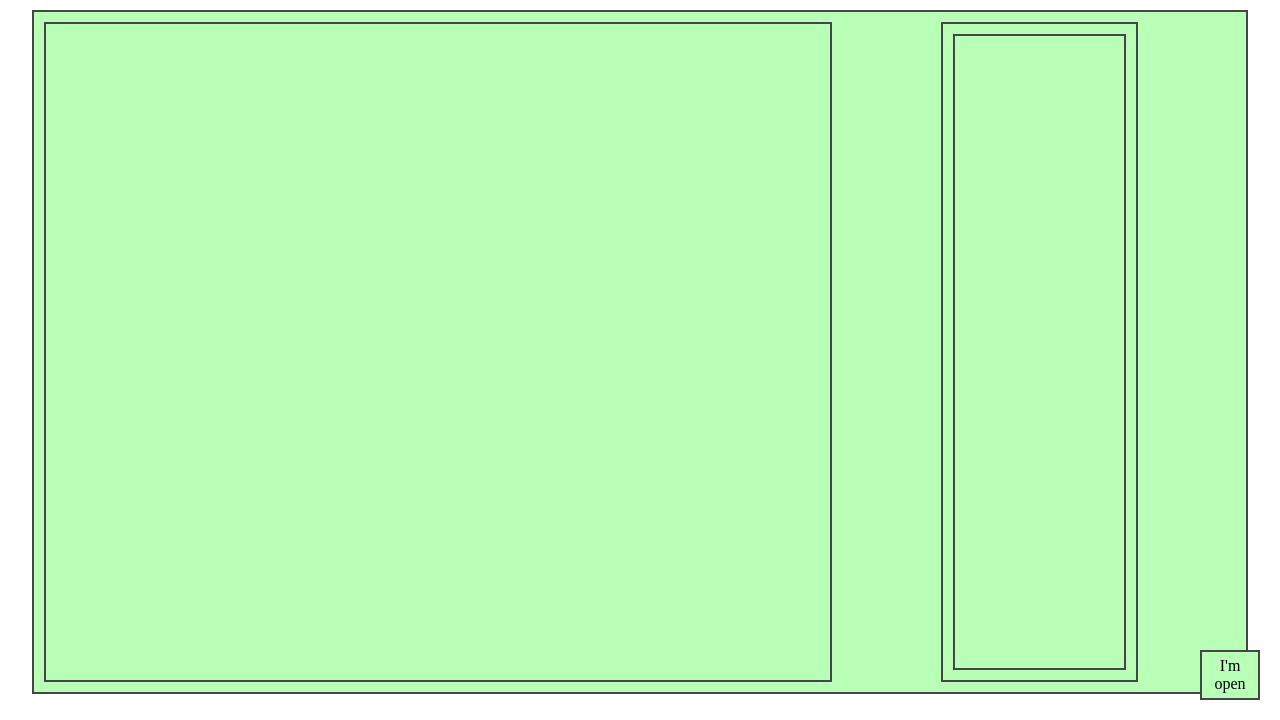
Repository: tannerbroberts/tannerbroberts.github.io
Page: /
These files come from the project's save history. The page is drawn as it stood at one moment and after the next save; the edit follows.
The browser window is 1280 px wide. The pictures show the whole page.
The project was rebuilt for these pictures with package versions that can differ from the ones it lists, and the page was loaded fresh each time. Also part of the build but not shown: vite.config.ts.

Above is the page before, as saved 2022-10-04 10:04:23.

After the next save:
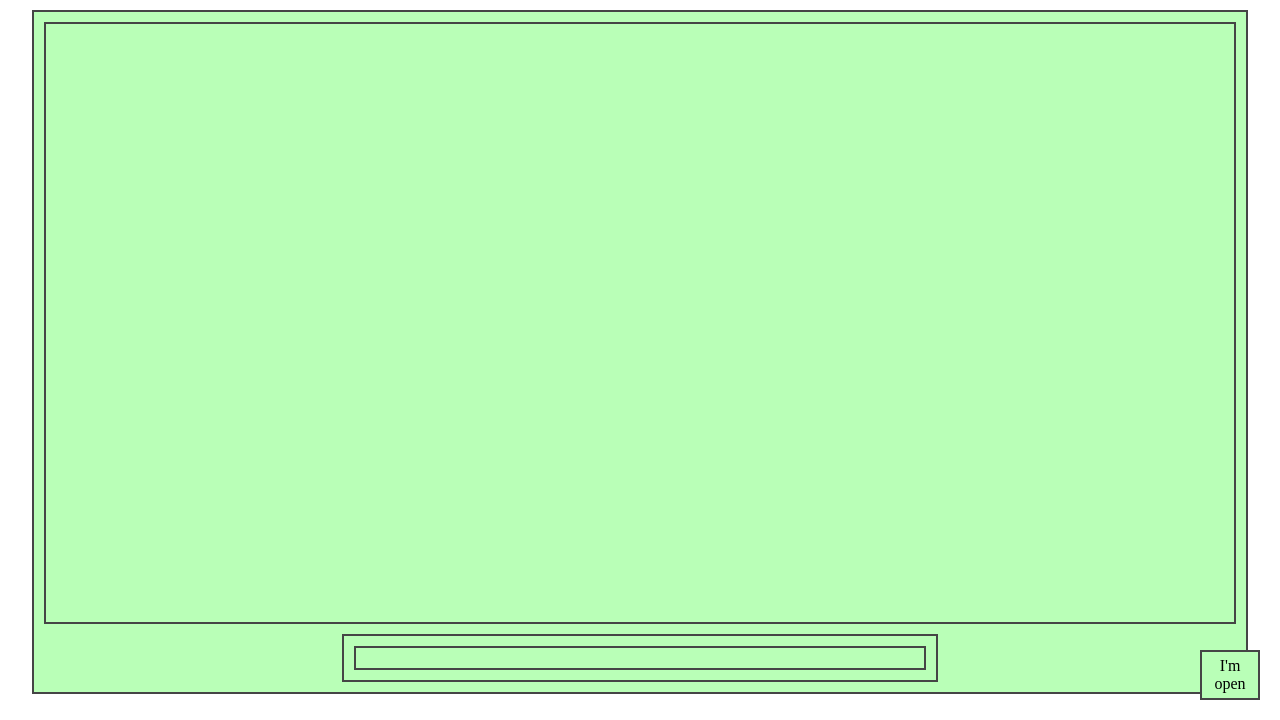
Saved 14 s later.
--- a/src/App.js
+++ b/src/App.js
@@ -9,7 +9,6 @@ function App() {
 		height: "95vh",
 		width: "95vw",
 		marginTop: "10px",
-		gridTemplate: "1fr / 2fr minmax(0px, 1fr)",
 	}
 
 	return (
